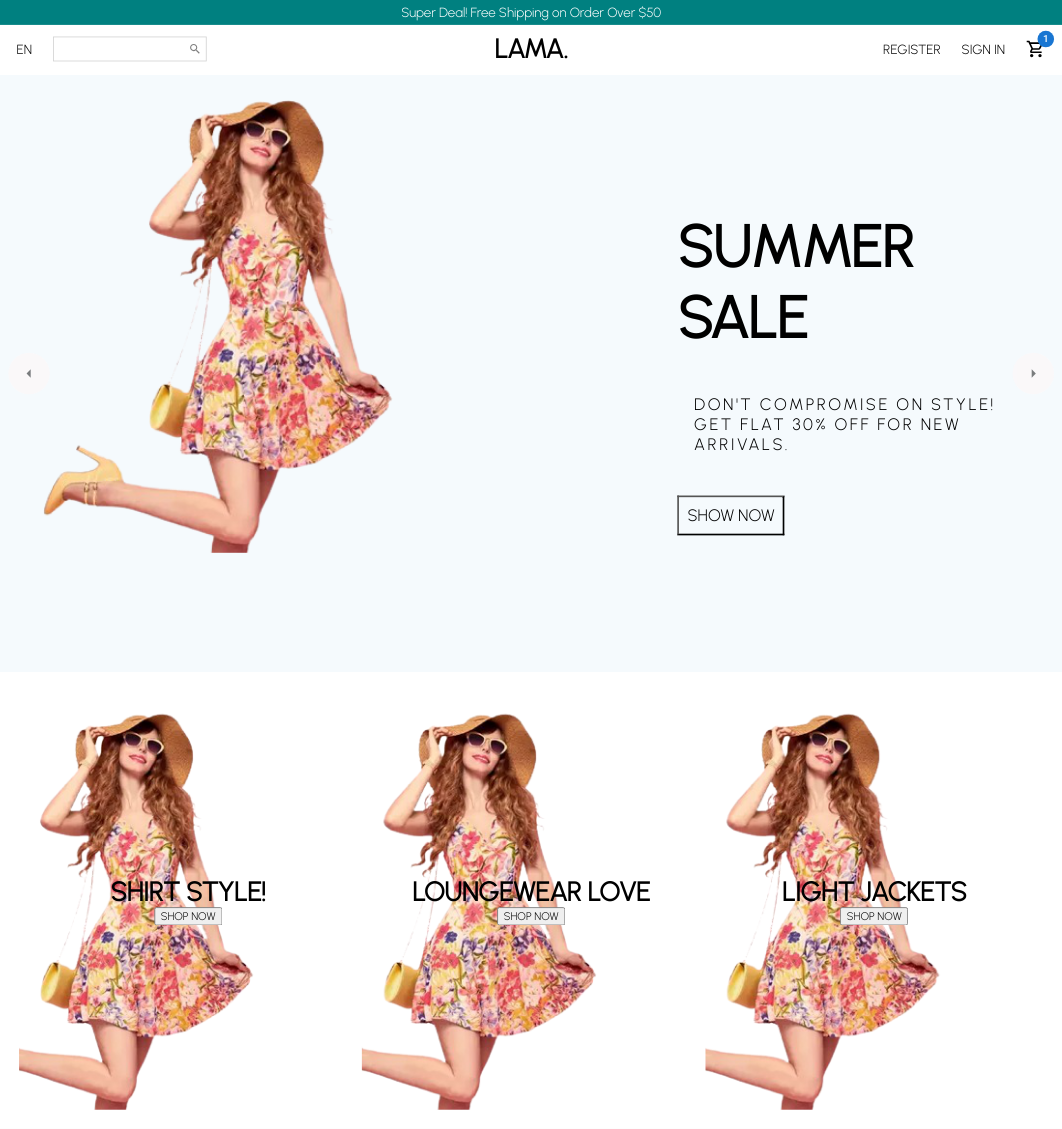
Repository: kmvaghela/ECOMMERCE
Page: /
These files come from the project's save history. The page is drawn as it stood at one moment and after the next save; the edit follows.
The browser window is 1280 px wide. The pictures show the whole page, at 83% of full size.
The project was rebuilt for these pictures with package versions that can differ from the ones it lists, and the page was loaded fresh each time.

Above is the page before, as saved 2022-02-22 20:57:18.

After the next save:
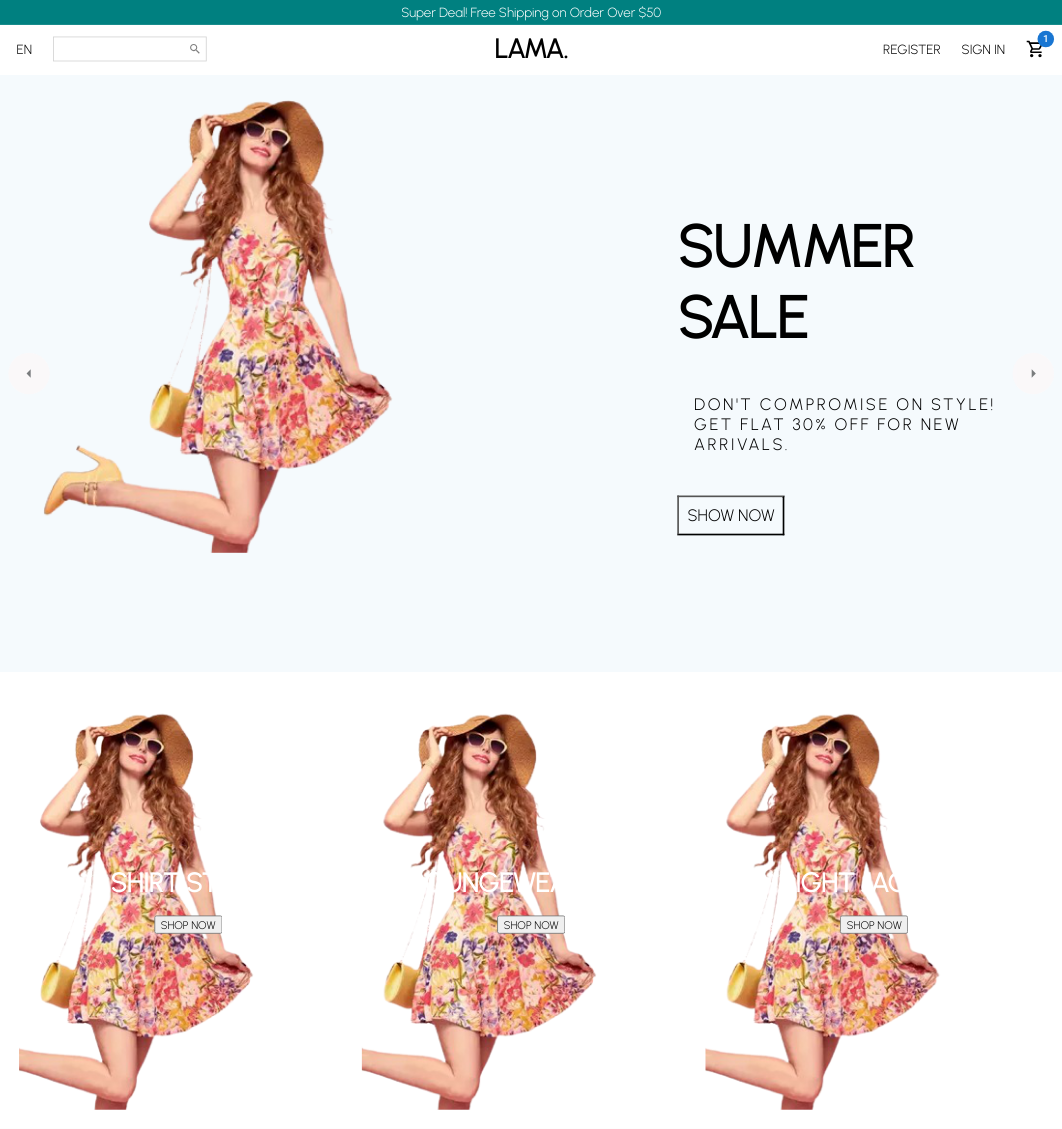
Saved 43 s later.
--- a/src/components/CategoryItem.jsx
+++ b/src/components/CategoryItem.jsx
@@ -24,7 +24,10 @@
   justify-content: center;
   flex-direction: column;
 `;
-const Title = styled.h1``;
+const Title = styled.h1`
+  color: white;
+  margin-bottom: 20px;
+`;
 const Button = styled.button``;
 
 const CategoryItem = ({ item }) => {
